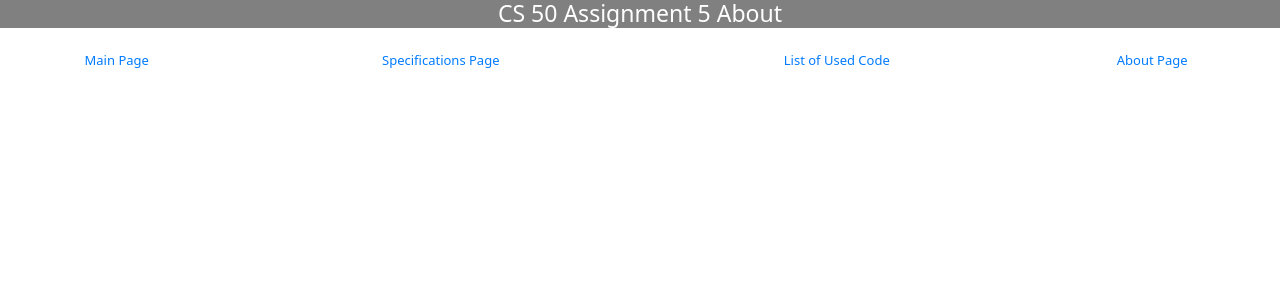
Repository: RSchwinn/cs50
Page: workspace/pset5/homepage/about.html
The author's editor kept a record of every edit. The page is drawn from the files as they stood at one moment, then again after the next edit.
The browser window is 1280 px wide. The pictures show the whole page.

Above is the page before.

After the next edit:
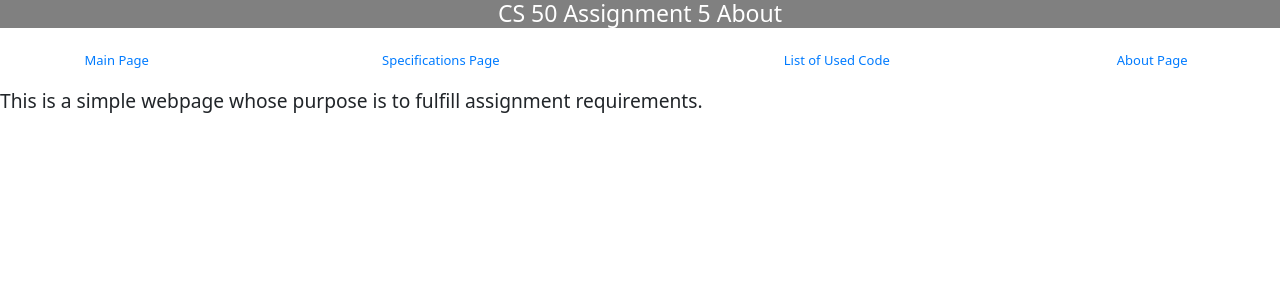
The edit:
--- a/workspace/pset5/homepage/about.html
+++ b/workspace/pset5/homepage/about.html
@@ -21,6 +21,9 @@
 <td><a href="about.html">About Page</a> </td>
 </tr>
 </table>
+
+This is a simple webpage whose purpose is to fulfill assignment requirements.
+
 <script src="https://code.jquery.com/jquery-3.3.1.slim.min.js" integrity="sha384-q8i/X+965DzO0rT7abK41JStQIAqVgRVzpbzo5smXKp4YfRvH+8abtTE1Pi6jizo" crossorigin="anonymous"></script>
 <script src="https://cdnjs.cloudflare.com/ajax/libs/popper.js/1.14.3/umd/popper.min.js" integrity="sha384-ZMP7rVo3mIykV+2+9J3UJ46jBk0WLaUAdn689aCwoqbBJiSnjAK/l8WvCWPIPm49" crossorigin="anonymous"></script>
 <script src="https://stackpath.bootstrapcdn.com/bootstrap/4.1.3/js/bootstrap.min.js" integrity="sha384-ChfqqxuZUCnJSK3+MXmPNIyE6ZbWh2IMqE241rYiqJxyMiZ6OW/JmZQ5stwEULTy" crossorigin="anonymous"></script>
